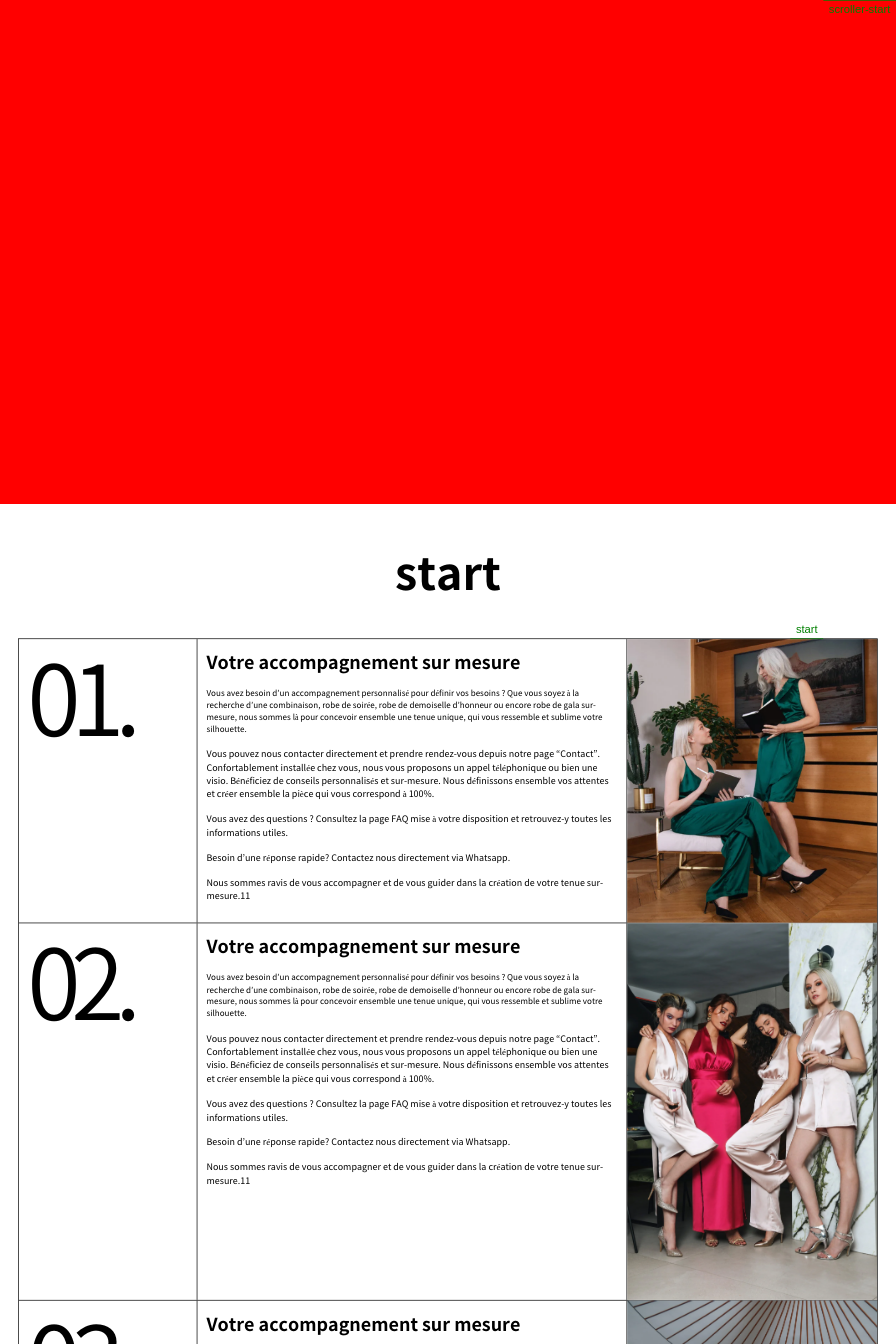
Repository: lwygold/motion
Page: layout/위로 하나씩 붙는 그리드.html
These files come from the project's save history. The page is drawn as it stood at one moment and after the next save; the edit follows.
The browser window is 1280 px wide. The pictures show the part of the page from y = 0 to 1920 px (the page is 6620 px tall before and 4222 px after), at 70% of full size.

Above is the page before, as saved 2023-03-28 10:03:07.

### layout/위로 하나씩 붙는 그리드.html
<!DOCTYPE html>
<html lang="ko">

<head>
    <meta http-equiv="Content-Type" content="text/html;charset=utf-8" />
    <meta name="viewport" content="width=device-width, user-scalable=no, target-densitydpi=medium-dpi" />
    <meta name="apple-mobile-web-app-capable" content="yes" />
    <meta name="format-detection" content="telephone=no" />
    <meta http-equiv="X-UA-Compatible" content="IE=edge" />
    <meta http-equiv="x-rim-auto-match" content="none" />
    <link rel="shortcut icon" href="./images/favicon.ico" />
    <link rel="stylesheet" type="text/css" href="../assets/css/slick.css" />
    <link rel="stylesheet" type="text/css" href="../assets/css/common.css" />
    <!-- <link rel="stylesheet" type="text/css" href="../assets/css/main.css" />
    <link rel="stylesheet" type="text/css" href="../assets/css/sub.css" /> -->
    <title>테스트</title>
    <script src="../assets/js/jquery-3.3.1.min.js"></script>
    <script src="../assets/js/jquery-ui.min.js"></script>
    <script src="../assets/js/slick.min.js"></script>
    <script src="../assets/js/gsap.js"></script>
    <script src="../assets/js/gsap_scroll_trigger.js"></script>
    <script src="../assets/js/green.js"></script>
    <script src="../assets/js/common.js"></script>
    <script src="../assets/js/main.js"></script>
    <script src="../assets/js/sub.js"></script>
</head>

<style>

    section {
        max-width: 100%;
        padding:0 2%;
        box-sizing: border-box;
    }

    section.top {
        width: 100vw;
        height: 100vh;
        background: red;
    }
    section.bottom{
        width: 100vw;
        height: 100vh;
        background: blue;
    }

    h2 {
        font-size: 5vw;
        text-align: center;
        margin: 5vw 0;
    }
    .grid {
        margin: 5vw 0;
        border:1px solid #000;
        box-sizing: border-box;
    }

    .grid__li1 {
        border-bottom: 1px solid #000;
        display: grid;
        grid-template-columns: repeat(24,minmax(0,1fr));
        grid-template-rows: min-content minmax(0,1fr);
    }

    .grid__li1 > div:first-child {
        border-right: 1px solid #000;
        grid-column-start: 1;
        grid-column-end: 6;
        box-sizing: border-box;
        padding: 1vw;
    }

    .grid__li1 > div:nth-child(2) {
        border-right: 1px solid #000;
        grid-column-start: 6;
        grid-column-end: 18;
        box-sizing: border-box;
        padding: 1vw;
    }

    .grid__li1 > div:nth-child(3) {
        grid-column-start: 18;
        grid-column-end: 25;
    }

    .grid__li1 > div:first-child span {
        font-size: 3.3vw;
        font-weight: 300;
        transform: scale(3.3);
        transform-origin: top left;
        display: inline-block;
        letter-spacing: -0.1em;
    }

    .grid__li1 > div:nth-child(2) h3 {
        font-size: 2vw;
        line-height: 1.5;
        color: #000;
        margin-bottom: 1.3vw;
    }

    .grid__li1 > div:nth-child(2) > p {
        font-size: 0.9vw;
        color: #000;
        margin-bottom: 1.3vw;
        line-height: 1.5;
    }

    .grid__li1 > div:nth-child(2) > div > p {
        font-size: 1vw;
        line-height: 1.5;
        color: #000;
        margin-bottom: 1.3vw;
    }

    .grid__li1 > div:nth-child(3) img {
        width: 100%;
        height: 100%;
        object-fit: cover;
    }


</style>

<body>

    <section class="top"></section>
    <section class="start">

        <div>
            <h2>start</h2>
            <ul class="grid">
                <li class="grid__li1">
                    <div>
                        <span>01.</span>
                    </div>
                    <div>
                        <h3>
                            Votre accompagnement sur mesure
                        </h3>
                        <p>
                            Vous avez besoin d’un accompagnement personnalisé pour définir vos besoins ?
                            Que vous soyez à la recherche d’une combinaison, robe de soirée, robe de demoiselle d’honneur ou encore robe de gala sur-mesure, nous sommes là pour concevoir ensemble une tenue unique, qui vous ressemble et sublime votre silhouette.
                        </p>
                        <div>
                            <p>Vous pouvez nous contacter directement et prendre rendez-vous depuis notre page “Contact”. Confortablement installée chez vous, nous vous proposons un appel téléphonique ou bien une visio. Bénéficiez de conseils personnalisés et sur-mesure. Nous définissons ensemble vos attentes et créer ensemble la pièce qui vous correspond à 100%.</p>
                            <p>Vous avez des questions ? Consultez la page FAQ mise à votre disposition et retrouvez-y toutes les informations utiles.</p>
                            <p>Besoin d’une réponse rapide? Contactez nous directement via Whatsapp.</p>
                            <p> Nous sommes ravis de vous accompagner et de vous guider dans la création de votre tenue sur-mesure.11</p>
                        </div>
                    </div>
                    <div>
                        <img src="./images/11.png" alt="" >
                    </div>
                </li>
                <li class="grid__li1">
                    <div>
                        <span>02.</span>
                    </div>
                    <div>
                        <h3>
                            Votre accompagnement sur mesure
                        </h3>
                        <p>
                            Vous avez besoin d’un accompagnement personnalisé pour définir vos besoins ?
                            Que vous soyez à la recherche d’une combinaison, robe de soirée, robe de demoiselle d’honneur ou encore robe de gala sur-mesure, nous sommes là pour concevoir ensemble une tenue unique, qui vous ressemble et sublime votre silhouette.
                        </p>
                        <div>
                            <p>Vous pouvez nous contacter directement et prendre rendez-vous depuis notre page “Contact”. Confortablement installée chez vous, nous vous proposons un appel téléphonique ou bien une visio. Bénéficiez de conseils personnalisés et sur-mesure. Nous définissons ensemble vos attentes et créer ensemble la pièce qui vous correspond à 100%.</p>
                            <p>Vous avez des questions ? Consultez la page FAQ mise à votre disposition et retrouvez-y toutes les informations utiles.</p>
                            <p>Besoin d’une réponse rapide? Contactez nous directement via Whatsapp.</p>
                            <p> Nous sommes ravis de vous accompagner et de vous guider dans la création de votre tenue sur-mesure.11</p>
                        </div>
                    </div>
                    <div>
                        <img src="./images/22.png" alt="" >
                    </div>
                </li>
                <li class="grid__li1">
                    <div>
                        <span>03.</span>
                    </div>
                    <div>
                        <h3>
                            Votre accompagnement sur mesure
                        </h3>
                        <p>
                            Vous avez besoin d’un accompagnement personnalisé pour définir vos besoins ?
                            Que vous soyez à la recherche d’une combinaison, robe de soirée, robe de demoiselle d’honneur ou encore robe de gala sur-mesure, nous sommes là pour concevoir ensemble une tenue unique, qui vous ressemble et sublime votre silhouette.
                        </p>
                        <div>
                            <p>Vous pouvez nous contacter directement et prendre rendez-vous depuis notre page “Contact”. Confortablement installée chez vous, nous vous proposons un appel téléphonique ou bien une visio. Bénéficiez de conseils personnalisés et sur-mesure. Nous définissons ensemble vos attentes et créer ensemble la pièce qui vous correspond à 100%.</p>
                            <p>Vous avez des questions ? Consultez la page FAQ mise à votre disposition et retrouvez-y toutes les informations utiles.</p>
                            <p>Besoin d’une réponse rapide? Contactez nous directement via Whatsapp.</p>
                            <p> Nous sommes ravis de vous accompagner et de vous guider dans la création de votre tenue sur-mesure.11</p>
                        </div>
                    </div>
                    <div>
                        <img src="./images/33.png" alt="" >
                    </div>
                </li>
                <li class="grid__li1">
                    <div>
                        <span>04.</span>
                    </div>
                    <div>
                        <h3>
                            Votre accompagnement sur mesure
                        </h3>
                        <p>
                            Vous avez besoin d’un accompagnement personnalisé pour définir vos besoins ?
                            Que vous soyez à la recherche d’une combinaison, robe de soirée, robe de demoiselle d’honneur ou encore robe de gala sur-mesure, nous sommes là pour concevoir ensemble une tenue unique, qui vous ressemble et sublime votre silhouette.
                        </p>
                        <div>
                            <p>Vous pouvez nous contacter directement et prendre rendez-vous depuis notre page “Contact”. Confortablement installée chez vous, nous vous proposons un appel téléphonique ou bien une visio. Bénéficiez de conseils personnalisés et sur-mesure. Nous définissons ensemble vos attentes et créer ensemble la pièce qui vous correspond à 100%.</p>
                            <p>Vous avez des questions ? Consultez la page FAQ mise à votre disposition et retrouvez-y toutes les informations utiles.</p>
                            <p>Besoin d’une réponse rapide? Contactez nous directement via Whatsapp.</p>
                            <p> Nous sommes ravis de vous accompagner et de vous guider dans la création de votre tenue sur-mesure.11</p>
                        </div>
                    </div>
                    <div>
                        <img src="./images/44.png" alt="" >
                    </div>
                </li>
                <li class="grid__li1">
                    <div>
                        <span>05.</span>
                    </div>
                    <div>
                        <h3>
                            Votre accompagnement sur mesure
                        </h3>
                        <p>
                            Vous avez besoin d’un accompagnement personnalisé pour définir vos besoins ?
                            Que vous soyez à la recherche d’une combinaison, robe de soirée, robe de demoiselle d’honneur ou encore robe de gala sur-mesure, nous sommes là pour concevoir ensemble une tenue unique, qui vous ressemble et sublime votre silhouette.
                        </p>
                        <div>
                            <p>Vous pouvez nous contacter directement et prendre rendez-vous depuis notre page “Contact”. Confortablement installée chez vous, nous vous proposons un appel téléphonique ou bien une visio. Bénéficiez de conseils personnalisés et sur-mesure. Nous définissons ensemble vos attentes et créer ensemble la pièce qui vous correspond à 100%.</p>
                            <p>Vous avez des questions ? Consultez la page FAQ mise à votre disposition et retrouvez-y toutes les informations utiles.</p>
                            <p>Besoin d’une réponse rapide? Contactez nous directement via Whatsapp.</p>
                            <p> Nous sommes ravis de vous accompagner et de vous guider dans la création de votre tenue sur-mesure.11</p>
                        </div>
                    </div>
                    <div>
                        <img src="./images/55.png" alt="" >
                    </div>
                </li>
            </ul>
        </div>

    </section>
    <section class="bottom"></section>





    <script>

        $(function () {

            gsap.registerPlugin(ScrollTrigger);

            const t1 = gsap.timeline({
                scrollTrigger: {
                    trigger: '.grid',
                    start: "top top",
                    // end: "+="+img*10,
                    pin: true,
                    scrub: true,
                    markers: true,
                }
            });





        });

    </script>
</body>

</html>

Loaded but not shown: assets/css/slick.css (common file); assets/js/jquery-3.3.1.min.js (library); assets/js/jquery-ui.min.js (library); assets/js/slick.min.js (library); assets/js/gsap.js (library); assets/js/gsap_scroll_trigger.js (library); assets/js/green.js (187 lines, source omitted); assets/js/main.js (17 lines, source omitted); assets/js/common.js (7 lines, source omitted); assets/js/sub.js (3 lines, source omitted); assets/css/common.css (619 lines, source omitted)

After the next save:
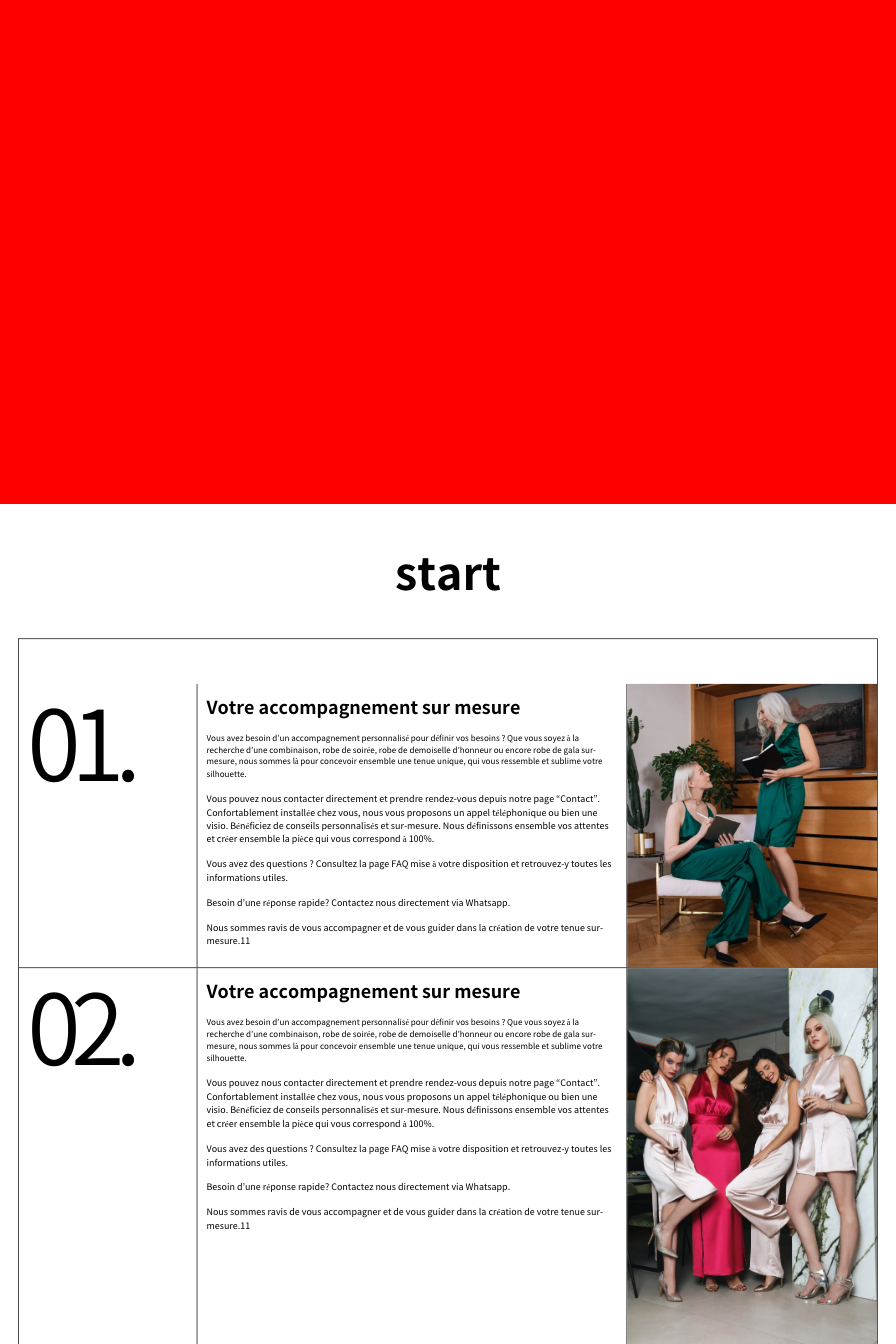
Console error: ReferenceError: img is not defined
Saved 68 s later.
--- a/layout/위로 하나씩 붙는 그리드.html
+++ b/layout/위로 하나씩 붙는 그리드.html
@@ -50,7 +50,7 @@
         margin: 5vw 0;
     }
     .grid {
-        margin: 5vw 0;
+        padding: 5vw 0;
         border:1px solid #000;
         box-sizing: border-box;
     }
@@ -265,7 +265,7 @@
                 scrollTrigger: {
                     trigger: '.grid',
                     start: "top top",
-                    // end: "+="+img*10,
+                    end: "+="+img*10,
                     pin: true,
                     scrub: true,
                     markers: true,

After the save that followed:
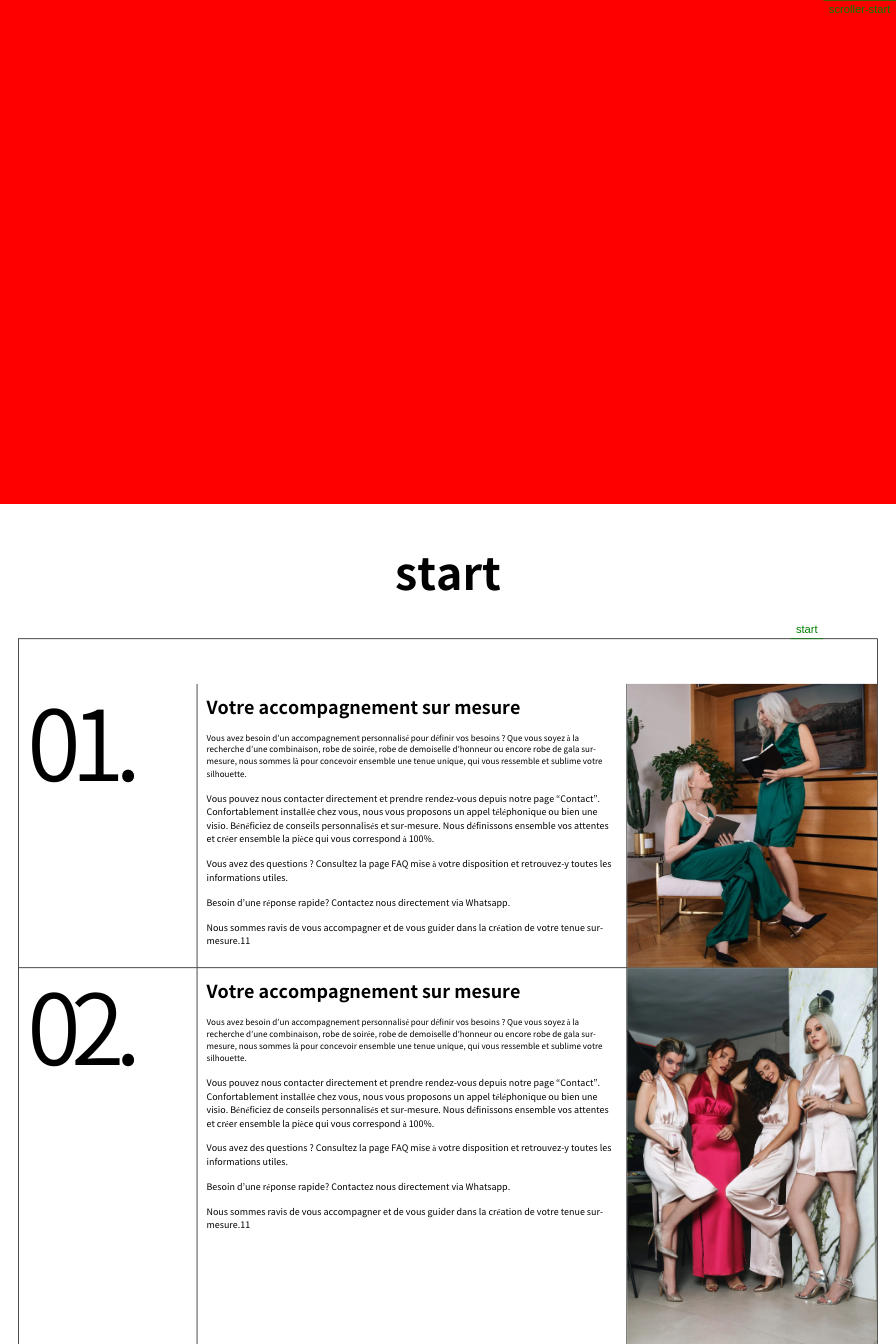
The error is gone.
Saved 17 s later.
--- a/layout/위로 하나씩 붙는 그리드.html
+++ b/layout/위로 하나씩 붙는 그리드.html
@@ -265,7 +265,7 @@
                 scrollTrigger: {
                     trigger: '.grid',
                     start: "top top",
-                    end: "+="+img*10,
+                    // end: "+="+img*10,
                     pin: true,
                     scrub: true,
                     markers: true,
